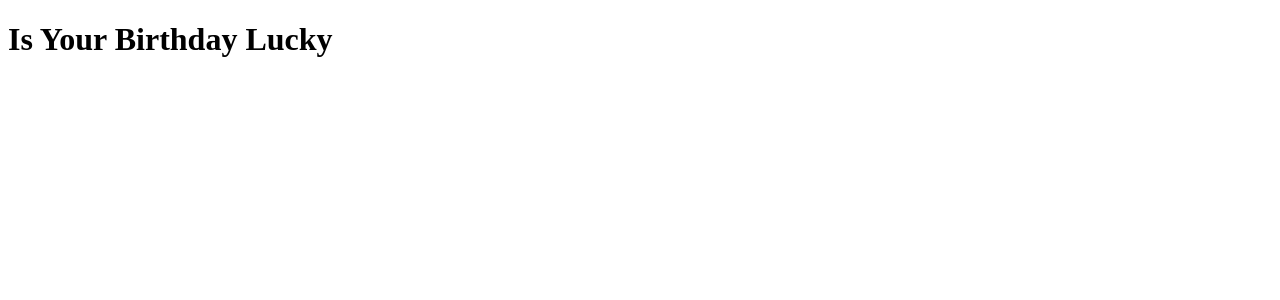
Repository: patelamancode/Lucky-Birthday-App
Page: index.html
These files come from the project's save history. The page is drawn as it stood at one moment and after the next save; the edit follows.
The browser window is 1280 px wide. The pictures show the whole page.

Above is the page before, as saved 2022-11-21 16:15:46.

### index.html
<!DOCTYPE html>
<html lang="en">
<head>
    <meta charset="UTF-8">
    <meta http-equiv="X-UA-Compatible" content="IE=edge">
    <meta name="viewport" content="width=device-width, initial-scale=1.0">
    <title>Is your birthday lucky</title>
</head>
<body>
    <div id="main-container">
        <h1 class="app-title">Is Your Birthday Lucky</h1>
    </div>
</body>
</html>

After the next save:
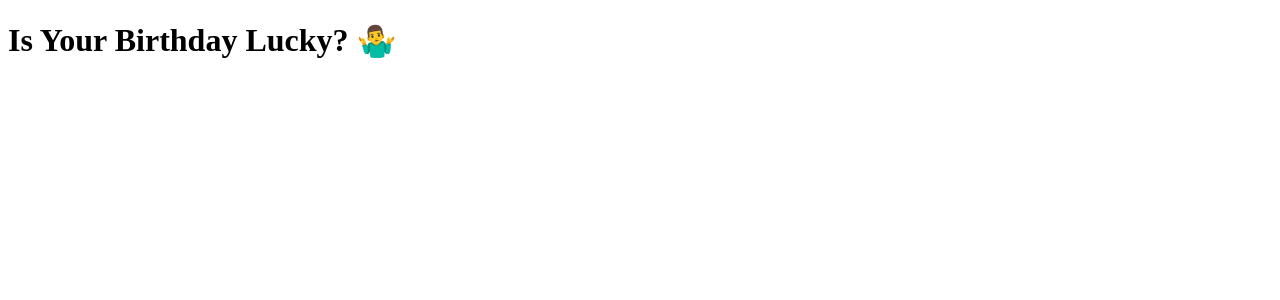
Saved 74 s later.
--- a/index.html
+++ b/index.html
@@ -8,7 +8,7 @@
 </head>
 <body>
     <div id="main-container">
-        <h1 class="app-title">Is Your Birthday Lucky</h1>
+        <h1 class="app-title">Is Your Birthday Lucky? 🤷‍♂️</h1>
     </div>
 </body>
 </html>
